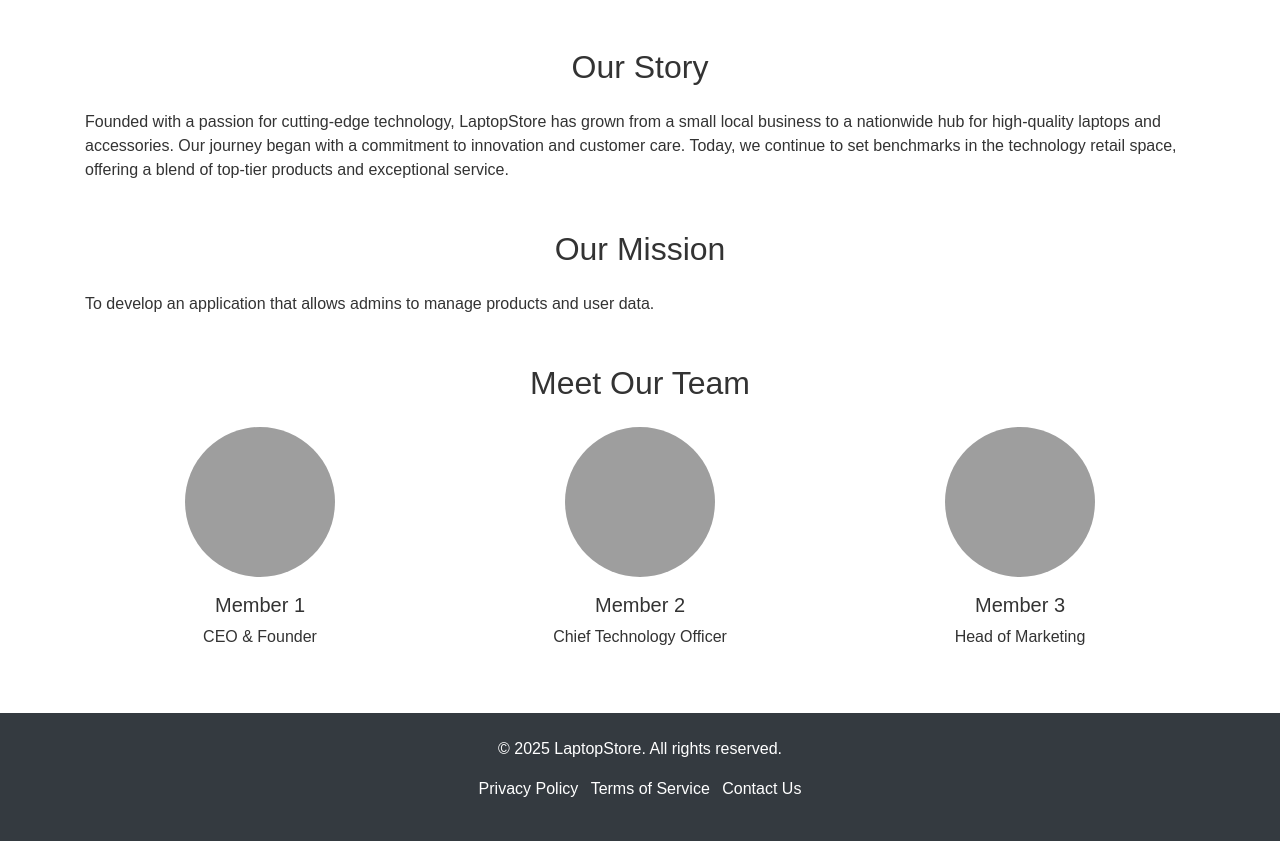
Repository: karim0829/IS218-Django-Laptop-Display
Page: http://localhost/about/
The author's editor kept a copy of each file at every save. The page is drawn from the files as they stood at one save, then again after a run of saves.
The browser window is 1280 px wide. The pictures show the part of the page from y = 433 to 1274 px (the page is 1274 px tall).
Pictures or frames that could not be fetched are drawn as grey boxes. Some web libraries are served in a nearby version. The page is served by the project's application, run on Django 5.2 (manage.py). Other server files are loaded and not shown.

Above is the page before, as saved 2025-05-11 17:21:45.

### homepage/templates/homepage/about.html
<!DOCTYPE html>
<html lang="en">
  <head>
    <meta charset="UTF-8" />
    <meta name="viewport" content="width=device-width, initial-scale=1" />
    <title>About Us - LaptopStore</title>
    <!-- Bootstrap CSS for layout and components -->
    <link
      rel="stylesheet"
      href="https://maxcdn.bootstrapcdn.com/bootstrap/4.0.0/css/bootstrap.min.css"
    />
    <!-- External CSS -->
    <link rel="stylesheet" href="style/style.css" />
  </head>
  <body>
    <!-- Navigation -->
    <nav class="navbar navbar-expand-lg navbar-light bg-light">
      <a class="navbar-brand" href="index.html">LaptopStore</a>
      <button
        class="navbar-toggler"
        type="button"
        data-toggle="collapse"
        data-target="#navbarNav"
        aria-controls="navbarNav"
        aria-expanded="false"
        aria-label="Toggle navigation"
      >
        <span class="navbar-toggler-icon"></span>
      </button>
      <div class="collapse navbar-collapse" id="navbarNav">
        <ul class="navbar-nav mr-auto">
          <li class="nav-item">
            <a class="nav-link" href="HighEndLaptop.html">High End Laptop</a>
          </li>
          <li class="nav-item">
            <a class="nav-link" href="StudioLaptops.html">Studio Laptop</a>
          </li>
          <li class="nav-item">
            <a class="nav-link" href="BudgetLaptops.html">Budget Laptop</a>
          </li>
        </ul>
        <form class="form-inline my-2 my-lg-0">
          <input
            class="form-control mr-sm-2"
            type="search"
            placeholder="Search laptops"
            aria-label="Search"
          />
          <button class="btn btn-outline-success my-2 my-sm-0" type="submit">
            Search
          </button>
        </form>
        <ul class="navbar-nav ml-3">
          <li class="nav-item"><a class="nav-link" href="#">Account</a></li>
          <li class="nav-item">
            <a class="nav-link" href="support.html">Support</a>
          </li>
        </ul>
      </div>
    </nav>

    <!-- About Us Hero Section -->
    <section class="about-hero text-center">
      <div class="about-hero-overlay">
        <div class="container">
          <h1 class="display-4 text-white">About Us</h1>
          <p class="lead text-white">Your Trusted Laptop Solutions Provider</p>
        </div>
      </div>
    </section>

    <!-- Our Story Section -->
    <section class="container my-5">
      <h2 class="text-center mb-4">Our Story</h2>
      <p>
        Founded with a passion for cutting‐edge technology, LaptopStore has
        grown from a small local business to a nationwide hub for high-quality
        laptops and accessories. Our journey began with a commitment to
        innovation and customer care. Today, we continue to set benchmarks in
        the technology retail space, offering a blend of top-tier products and
        exceptional service.
      </p>
    </section>

    <!-- Our Mission Section -->
    <section class="container my-5">
      <h2 class="text-center mb-4">Our Mission</h2>
      <p>
        To develop an application that allows admins to manage products and user data.
      </p>
    </section>

    <!-- Meet the Team Section -->
    <section class="team container my-5">
      <h2 class="text-center mb-4">Meet Our Team</h2>
      <div class="row">
        <!-- Team Member 1 -->
        <div class="col-md-4 text-center">
          <img
            src="team1.jpg"
            alt="Team Member 1"
            class="rounded-circle mb-3 team-photo"
          />
          <h5>Member 1</h5>
          <p>CEO & Founder</p>
        </div>
        <!-- Team Member 2 -->
        <div class="col-md-4 text-center">
          <img
            src="team2.jpg"
            alt="Team Member 2"
            class="rounded-circle mb-3 team-photo"
          />
          <h5>Member 2</h5>
          <p>Chief Technology Officer</p>
        </div>
        <!-- Team Member 3 -->
        <div class="col-md-4 text-center">
          <img
            src="team3.jpg"
            alt="Team Member 3"
            class="rounded-circle mb-3 team-photo"
          />
          <h5>Member 3</h5>
          <p>Head of Marketing</p>
        </div>
      </div>
    </section>

    <!-- Footer -->
    <footer class="bg-dark text-white py-4">
      <div class="container text-center">
        <p>&copy; 2025 LaptopStore. All rights reserved.</p>
        <ul class="list-inline">
          <li class="list-inline-item">
            <a href="#" class="text-white">Privacy Policy</a>
          </li>
          <li class="list-inline-item">
            <a href="#" class="text-white">Terms of Service</a>
          </li>
          <li class="list-inline-item">
            <a href="#" class="text-white">Contact Us</a>
          </li>
        </ul>
      </div>
    </footer>

    <!-- Bootstrap JS, Popper.js, and jQuery -->
    <script src="https://code.jquery.com/jquery-3.2.1.slim.min.js"></script>
    <script src="https://cdnjs.cloudflare.com/ajax/libs/popper.js/1.12.9/umd/popper.min.js"></script>
    <script src="https://maxcdn.bootstrapcdn.com/bootstrap/4.0.0/js/bootstrap.min.js"></script>
  </body>
</html>

### homepage/views.py
from datetime import datetime
from django.shortcuts import redirect, render
from django.http import HttpResponse
from django.template import loader
from .models import Product
from .models import Feedback

from django.contrib.auth.decorators import user_passes_test

from homepage.forms import FeedbackForm

from django.shortcuts import render


# Create your views here.

def index(request):
    return render(request, "homepage/index.html")

def about(request):
    return render(request, "homepage/about.html")

def contact(request):
    return render(request, "homepage/contact.html")

def highend(request):
    products = Product.objects.filter(model='highend')
    return render(request, "homepage/highend.html", {'products': products})

def studio(request):
    products = Product.objects.filter(model='studio')
    return render(request, "homepage/studio.html", {'products': products})

def budget(request):
    products = Product.objects.filter(model='budget')
    return render(request, "homepage/budget.html", {'products': products})


def support(request):
    form = FeedbackForm()
    return render(request, "homepage/support.html", {"form": form})

#admin page views

def admin(user):
    return user.is_authenticated and user.is_superuser

@user_passes_test(lambda u: u.is_superuser, login_url='forbidden')
def feedbackview(request):
    feedbacks = Feedback.objects.all().order_by('-timestamp')
    return render(request, 'homepage/restricted.html', {'feedbacks': feedbacks})

def forbidden(request):
    return render(request, 'homepage/forbidden.html')
#contact
def review_form(request):
    form = FeedbackForm(request.POST or request.FILES or None)

    if request.method == "POST":
        if form.is_valid():
            message = form.save(commit=False)
            message.log_date = datetime.now()
            message.save()
            return redirect("support")

        else:
            return render(request, "homepage/support.html", {"form":form})

    return render(request, "homepage/support.html", {"form":form})

def feedback_view(request):
    if request.method == 'POST':
        form = FeedbackForm(request.POST)
        if form.is_valid():
            form.save()
            return redirect('thank_you')  # after submitting feedback
    else:
        form = FeedbackForm()
    return render(request, 'homepage/feedback.html', {'form': form})




def product_list(request):
    products = Product.objects.all()
    return render(request, 'homepage/index.html', {'products': products})

### laptops/urls.py
"""
URL configuration for laptops project.

The `urlpatterns` list routes URLs to views. For more information please see:
    https://docs.djangoproject.com/en/5.2/topics/http/urls/
Examples:
Function views
    1. Add an import:  from my_app import views
    2. Add a URL to urlpatterns:  path('', views.home, name='home')
Class-based views
    1. Add an import:  from other_app.views import Home
    2. Add a URL to urlpatterns:  path('', Home.as_view(), name='home')
Including another URLconf
    1. Import the include() function: from django.urls import include, path
    2. Add a URL to urlpatterns:  path('blog/', include('blog.urls'))
"""
from django.contrib import admin
from django.urls import path
from django.urls import include



urlpatterns = [
    path('admin/', admin.site.urls),
    path('', include('homepage.urls'))
]

### homepage/urls.py
from django.urls import path
from . import views
from django.conf import settings
from django.conf.urls.static import static
from .views import feedbackview


urlpatterns = [
    path("index/", views.index, name="index"),
    path("about/", views.about, name="about"),
    path("contact/", views.contact, name="contact"),
    path("support/", views.review_form, name="support"),
    path("feedback/", views.review_form, name="feedback"),
    path("products/", views.product_list, name="product_list"),
    path("highend/", views.highend, name="highend"),
    path("studio/", views.studio, name="studio"),
    path("budget/", views.budget, name="budget"),
    path("restricted/", feedbackview, name="restricted"),
     path("forbidden/", views.forbidden, name="forbidden"),








]

urlpatterns += static(settings.MEDIA_URL, document_root=settings.MEDIA_ROOT)

### homepage/static/homepage/style.css
/* General Styles */
.navbar-nav .nav-item {
float:right;
}

.carousel-item img {
  height: 100%;
  object-fit: cover;
  width: 100%;
  object-position: center top;
}

.carousel-inner img {
  width: 100%;
  height: 450px;
  object-fit: cover;
}

.carousel-item {
  height: 400px;
  background-size: cover;
  background-position: center;
}

.product-card img {
  height: 200px;
  object-fit: cover;
}

/* Footer Styles */
footer a {
  text-decoration: none;
}
/* General Styles */
body {
  font-family: Arial, sans-serif;
  margin: 0;
  background-color: #fff;
  color: #333;
}

/* Navigation Styles */
.navbar {
  background-color: #fff;
  border-bottom: 1px solid #eee;
  padding: 0.8rem 1rem;
}

.navbar-brand {
  font-weight: bold;
  font-size: 1.5rem;
}

.navbar-nav .nav-link {
  margin: 0 10px;
  color: #333;
}

.navbar-nav .nav-link:hover {
  color: #007bff;
}

/* Support Hero Section */
.support-hero {
  background: url("support-hero.jpg") center center/cover no-repeat;
  height: 50vh;
  position: relative;
  display: flex;
  justify-content: center;
  align-items: center;
}

.support-hero-overlay {
  background-color: rgba(0, 0, 0, 0.5);
  width: 100%;
  height: 100%;
  display: flex;
  align-items: center;
}

.support-hero .container {
  position: relative;
  z-index: 2;
  text-align: center;
}

/* FAQ Section Styles */
.card-header button {
  width: 100%;
  text-align: left;
  color: #333;
  font-size: 1.1rem;
}

/* Contact Form */
form .form-group label {
  font-weight: bold;
}

/* Footer Styles */
footer {
  background-color: #343a40;
  color: #fff;
}

footer a {
  text-decoration: none;
}
/* General Styles */
body {
  font-family: Arial, sans-serif;
  margin: 0;
  background-color: #fff;
  color: #333;
}

/* Navigation Styles */
.navbar {
  background-color: #fff;
  border-bottom: 1px solid #eee;
  padding: 0.8rem 1rem;
}

.navbar-brand {
  font-weight: bold;
  font-size: 1.5rem;
}

.navbar-nav .nav-link {
  margin: 0 10px;
  color: #333;
}

.navbar-nav .nav-link:hover {
  color: #007bff;
}

/* About Us Hero Section */
.about-hero {
  background: url("about-hero.jpg") center center/cover no-repeat;
  height: 50vh;
  position: relative;
  display: flex;
  justify-content: center;
  align-items: center;
}

.about-hero-overlay {
  background-color: rgba(0, 0, 0, 0.5);
  width: 100%;
  height: 100%;
  display: flex;
  justify-content: center;
  align-items: center;
}

/* Team Section Styles */
.team-photo {
  width: 150px;
  height: 150px;
  object-fit: cover;
}

/* Footer Styles */
footer {
  background-color: #343a40;
  color: #fff;
  padding: 20px 0;
}

footer a {
  text-decoration: none;
}
/* General Styles */
body {
  font-family: Arial, sans-serif;
  margin: 0;
  background-color: #fff;
  color: #333;
}

/* Navigation Styles */
.navbar {
  background-color: #fff;
  border-bottom: 1px solid #eee;
  padding: 0.8rem 1rem;
}

.navbar-brand {
  font-weight: bold;
  font-size: 1.5rem;
}

.navbar-nav .nav-link {
  margin: 0 10px;
  color: #333;
}

.navbar-nav .nav-link.active,
.navbar-nav .nav-link:hover {
  color: #007bff;
}

/* Product Cards */
.product-card img {
  width: 100%;
  height: 180px;
  object-fit: contain;
  padding: 10%;
  background-color: #fff;
}

/* Footer Styles */
footer {
  background-color: #343a40;
  color: #fff;
}

footer a {
  text-decoration: none;
}

/* Utility Classes */
.text-white {
  color: #fff !important;
}

After the next 2 saves:
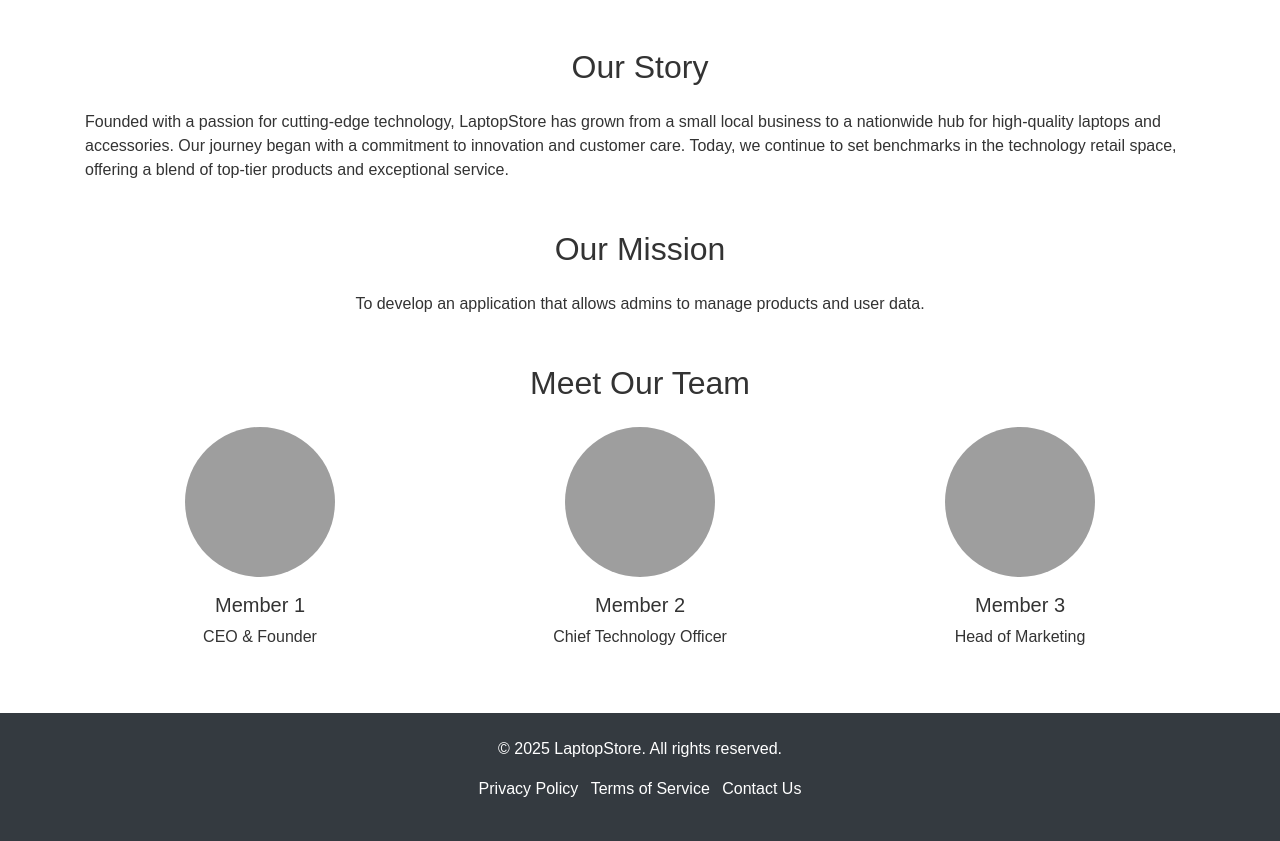
The 2 saves are shown as one change because they came seconds apart.
The last was saved 11 s later.
--- a/homepage/templates/homepage/about.html
+++ b/homepage/templates/homepage/about.html
@@ -85,7 +85,7 @@
     <!-- Our Mission Section -->
     <section class="container my-5">
       <h2 class="text-center mb-4">Our Mission</h2>
-      <p>
+      <p style="text-align: center">
         To develop an application that allows admins to manage products and user data.
       </p>
     </section>
